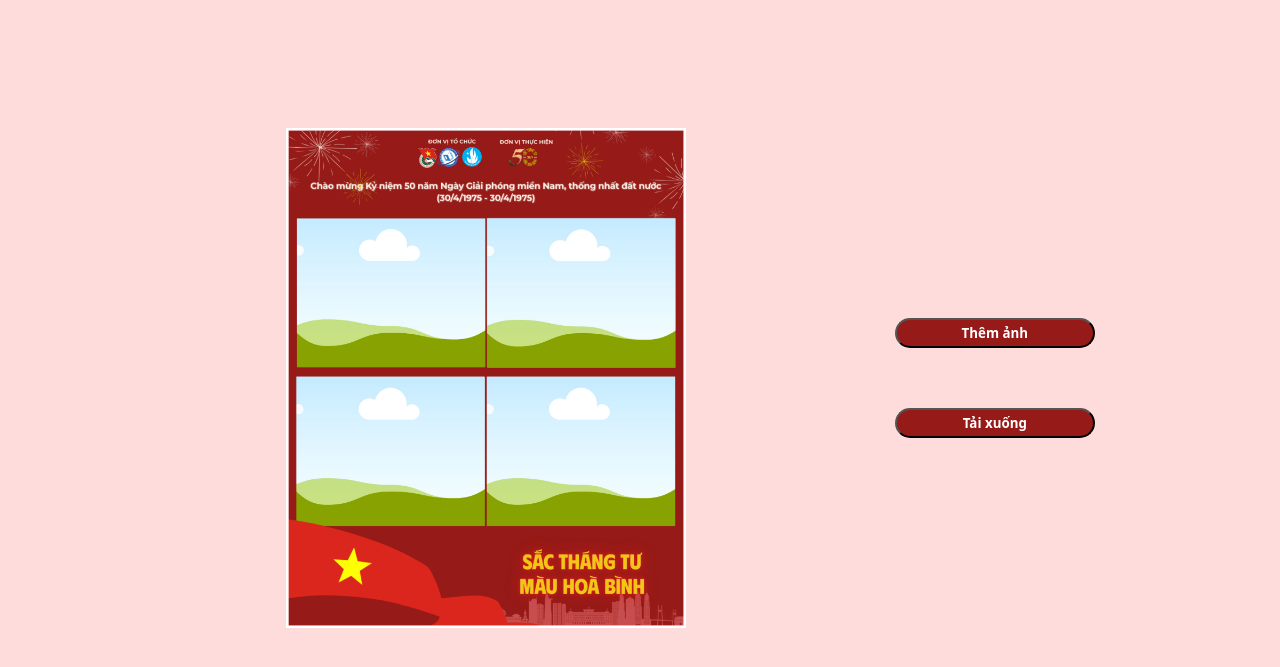
Repository: nguyentambinh/tuoitretdmu
Page: http://localhost/
The author's editor kept a copy of each file at every save. The page is drawn from the files as they stood at one save, then again after a run of saves.
The browser window is 1280 px wide. The pictures show the whole page.
The page is run by PHP 8.4 with error messages shown; the project is at /var/www/html/.

Above is the page before, as saved 2025-04-10 13:03:07.

After the next 2 saves:
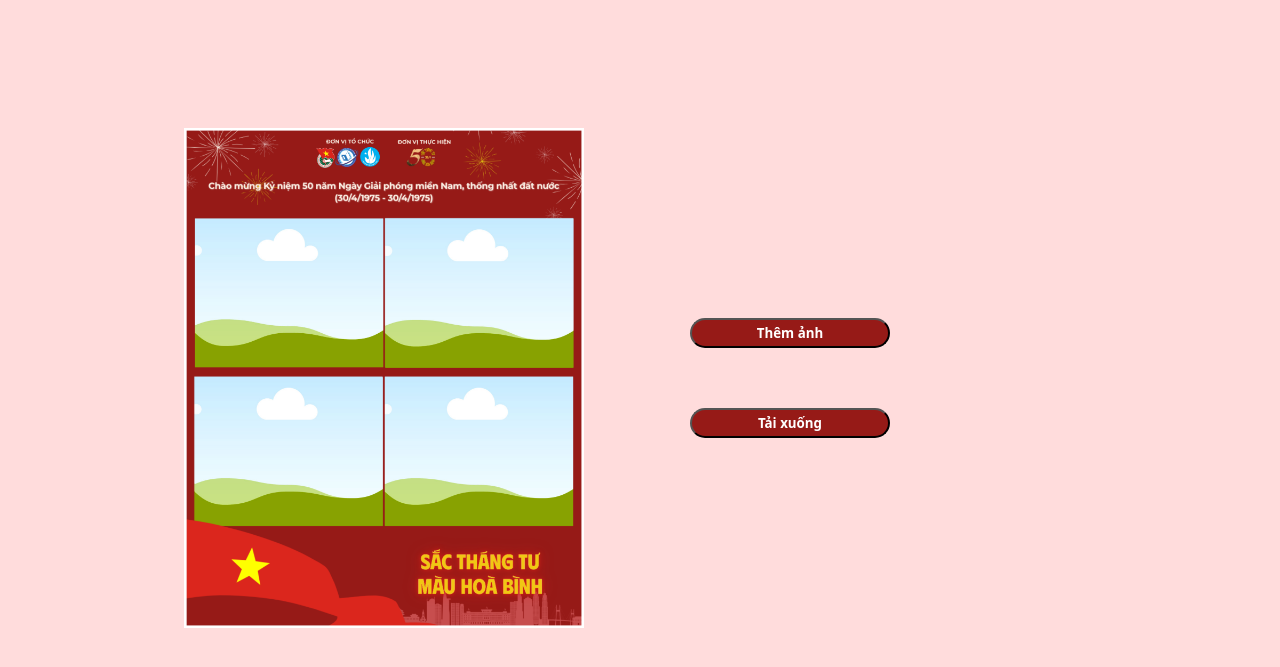
The 2 saves are shown as one change because they came seconds apart.
The last was saved 66 s later.
--- a/main.css
+++ b/main.css
@@ -20,7 +20,7 @@
 .container-box{
     display: grid;
     display: grid;
-    grid-template-columns: 70% 30%;
+    grid-template-columns: 50% 50%;
     gap: 20px;
     width: 500%;
     height: 500px;
